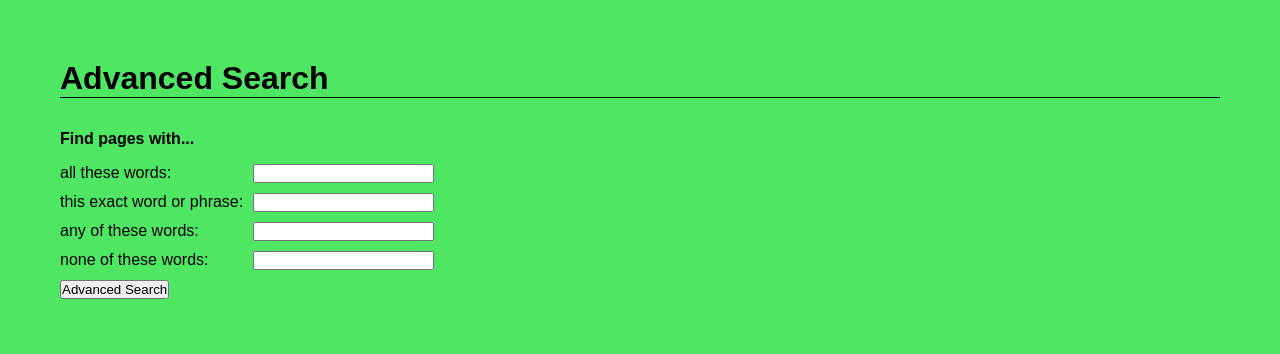
Repository: etentuk/search
Page: advanced_search.html
The author's editor kept a copy of each file at every save. The page is drawn from the files as they stood at one save, then again after the next save.
The browser window is 1280 px wide. The pictures show the whole page.

Above is the page before, as saved 2021-11-04 23:09:33.

### advanced_search.html
<!DOCTYPE html>
<html lang="en">

<head>
    <title>Advanced Search</title>
    <link rel="stylesheet" href="styles.css">
</head>

<body>

    <div id="container">
        <div id="title">
            <h1>Advanced Search</h1>
        </div>
        <h4>Find pages with...</h4>
        <form action="https://google.com/search" class="form-example">
            <div style="display: table-row;">
                <div class="form-example">
                    <label for="as_q">all these words: </label>
                    <input type="text" id="as_q" name="as_q">
                </div>
                <div class="form-example">
                    <label for="as_epq">this exact word or phrase: </label>
                    <input type="text" id="as_epq" name="as_epq">
                </div>
                <div class="form-example">
                    <label for="as_oq">any of these words: </label>
                    <input type="text" id="as_oq" name="as_oq">
                </div>
                <div class="form-example">
                    <label for="as_eq">none of these words: </label>
                    <input type="text" id="as_eq" name="as_eq">
                </div>
            </div>
            <input type="submit" value="Advanced Search">
        </form>
    </div>
</body>

</html>

### styles.css
* {
  margin: 0;
  padding: 0;
  box-sizing: border-box;
}

form.form-example {
  display: table;
}

div.form-example {
  display: table-row;
}

label,
input {
  display: table-cell;
  margin-bottom: 10px;
}

label {
  padding-right: 10px;
}

#title {
  border-bottom: 1px solid black;
  /* border-width: 10px; */
}

#container {
  font-family: Arial, Helvetica, sans-serif;
  background-color: rgb(78, 230, 98);
  min-height: 100vh;
  padding: 60px;
}

#container h4 {
  padding: 2rem 0 1rem 0;
}

After the next save:
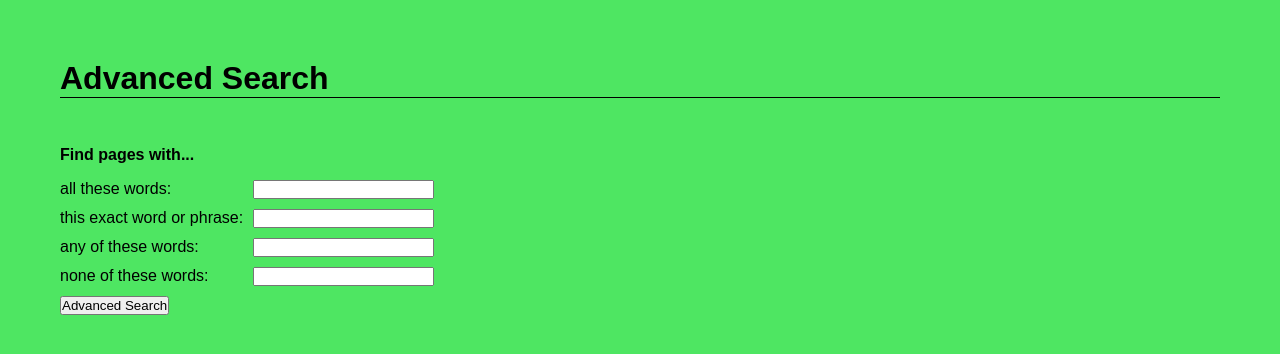
Saved 15 s later.
--- a/styles.css
+++ b/styles.css
@@ -35,5 +35,5 @@ label {
 }
 
 #container h4 {
-  padding: 2rem 0 1rem 0;
+  padding: 3rem 0 1rem 0;
 }
